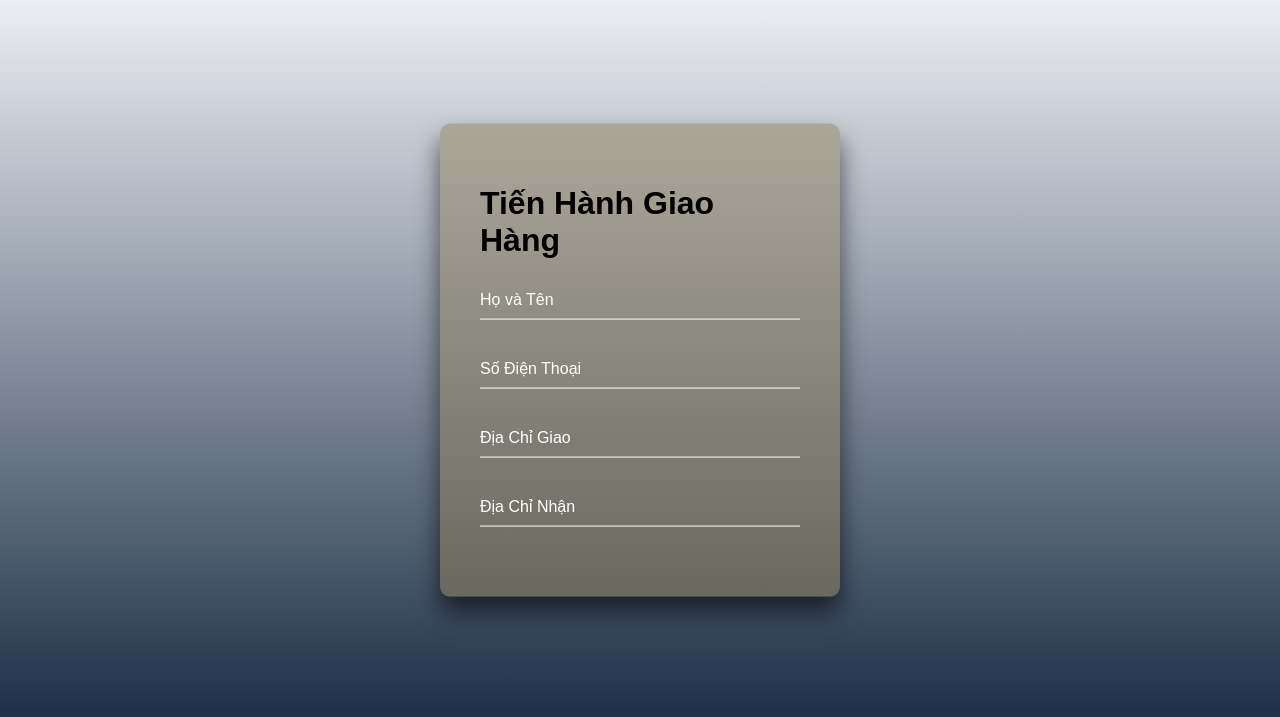
Repository: Pnguyen285/Demo
Page: Giao diện/index.html
These files come from the project's save history. The page is drawn as it stood at one moment and after a run of saves; the edit follows.
The browser window is 1280 px wide. The pictures show the whole page.

Above is the page before, as saved 2023-07-27 21:53:06.

After the next 3 saves:
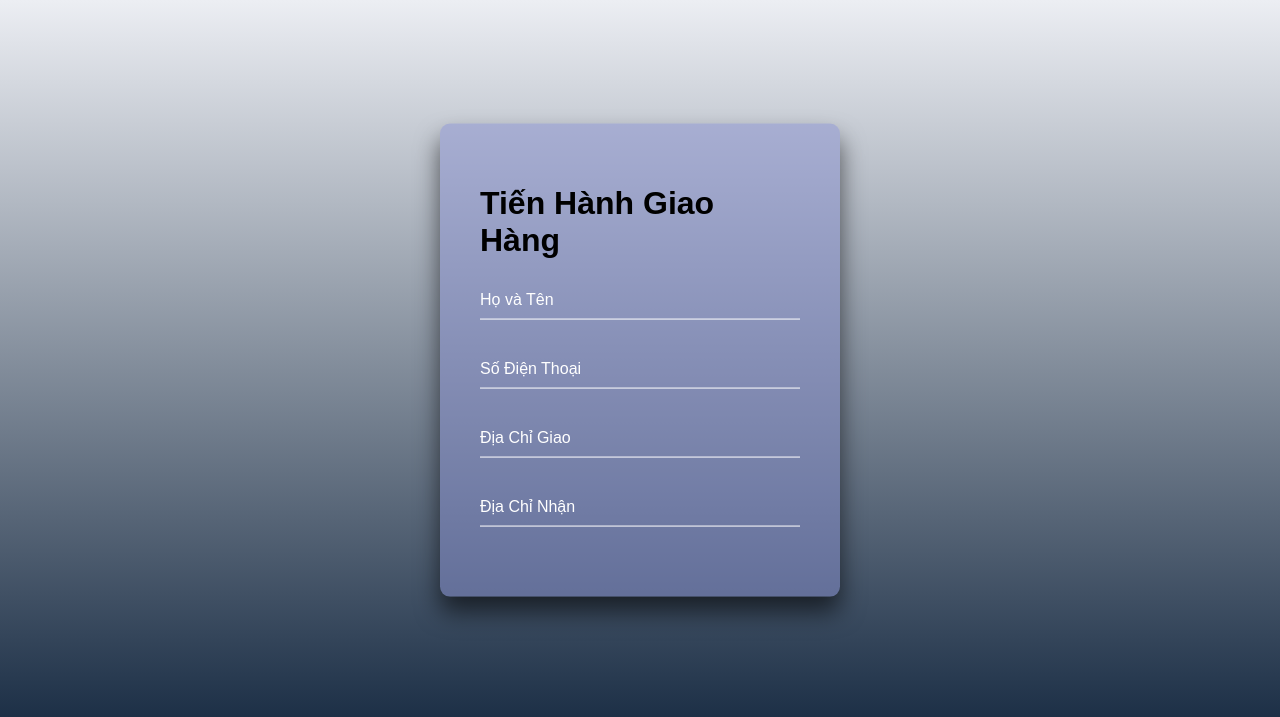
The 3 saves are shown as one change because they came seconds apart.
The last was saved 20 s later.
--- a/Giao diện/style.css
+++ b/Giao diện/style.css
@@ -15,7 +15,7 @@ body {
   width: 400px;
   padding: 40px;
   transform: translate(-50%, -50%);
-  background: rgba(145, 130, 94, 0.5);
+  background: rgba(135, 143, 208, 0.5);
   box-sizing: border-box;
   box-shadow: 0 15px 25px rgba(0,0,0,.6);
   border-radius: 10px;
